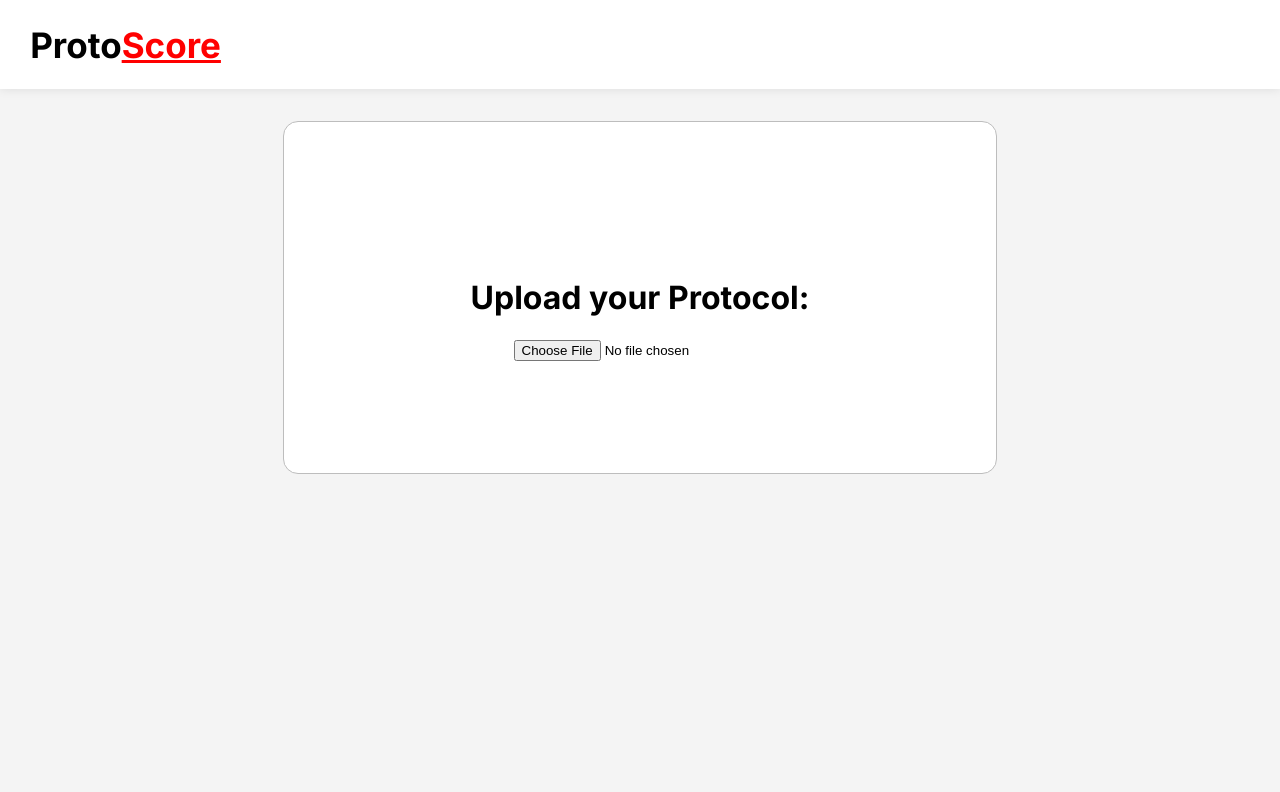
Repository: evanc108/Regeneron2024
Page: / (app in regeneron/)
These files come from the project's save history. The page is drawn as it stood at one moment and after the next save; the edit follows.
The browser window is 1280 px wide. The pictures show the whole page.
The project was rebuilt for these pictures with package versions that can differ from the ones it lists, and the page was loaded fresh each time.

Above is the page before, as saved 2024-05-14 02:13:05.

After the next save:
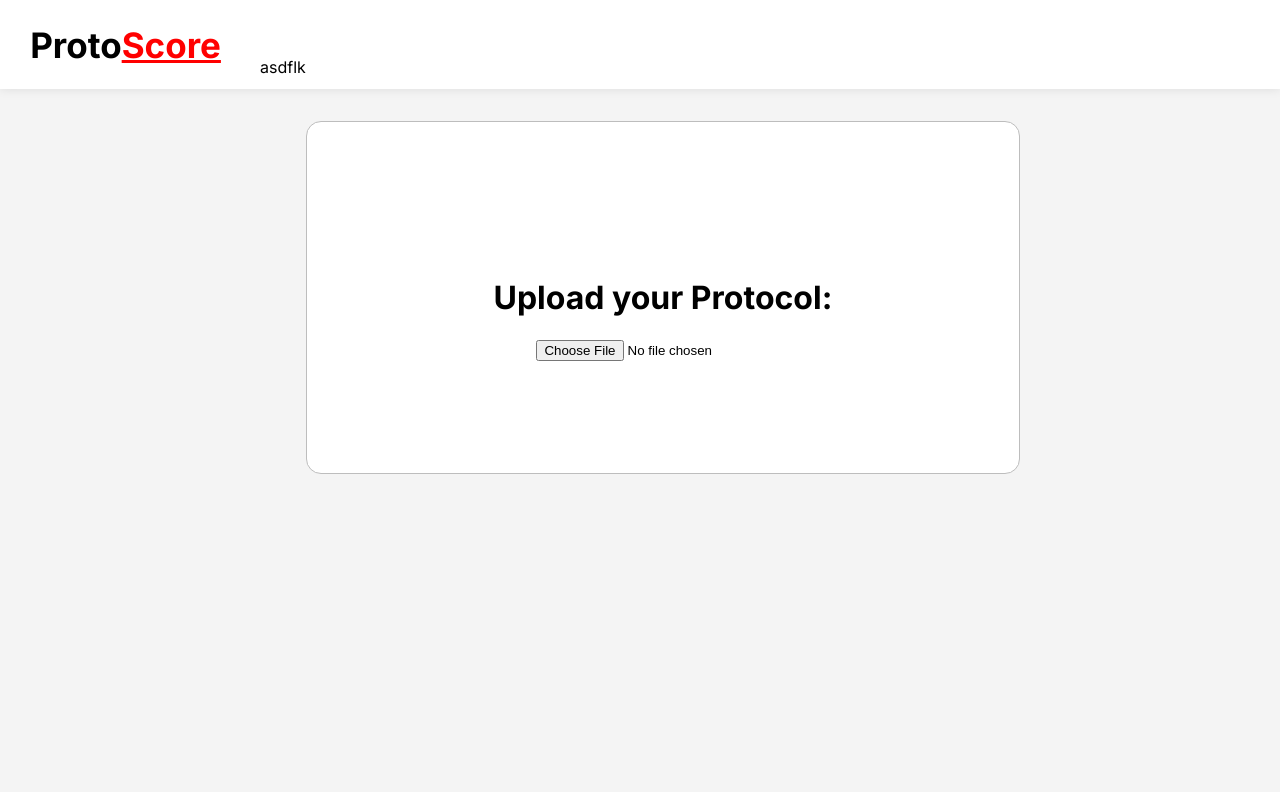
Saved 5 s later.
--- a/regeneron/src/pages/Feedback.js
+++ b/regeneron/src/pages/Feedback.js
@@ -37,6 +37,7 @@
 
     return (
         <div className="feedback-container">
+            asdflk
             <div className='upload-file'>
                 {!fileUploaded && !loading && (
                     <div>

After the save that followed:
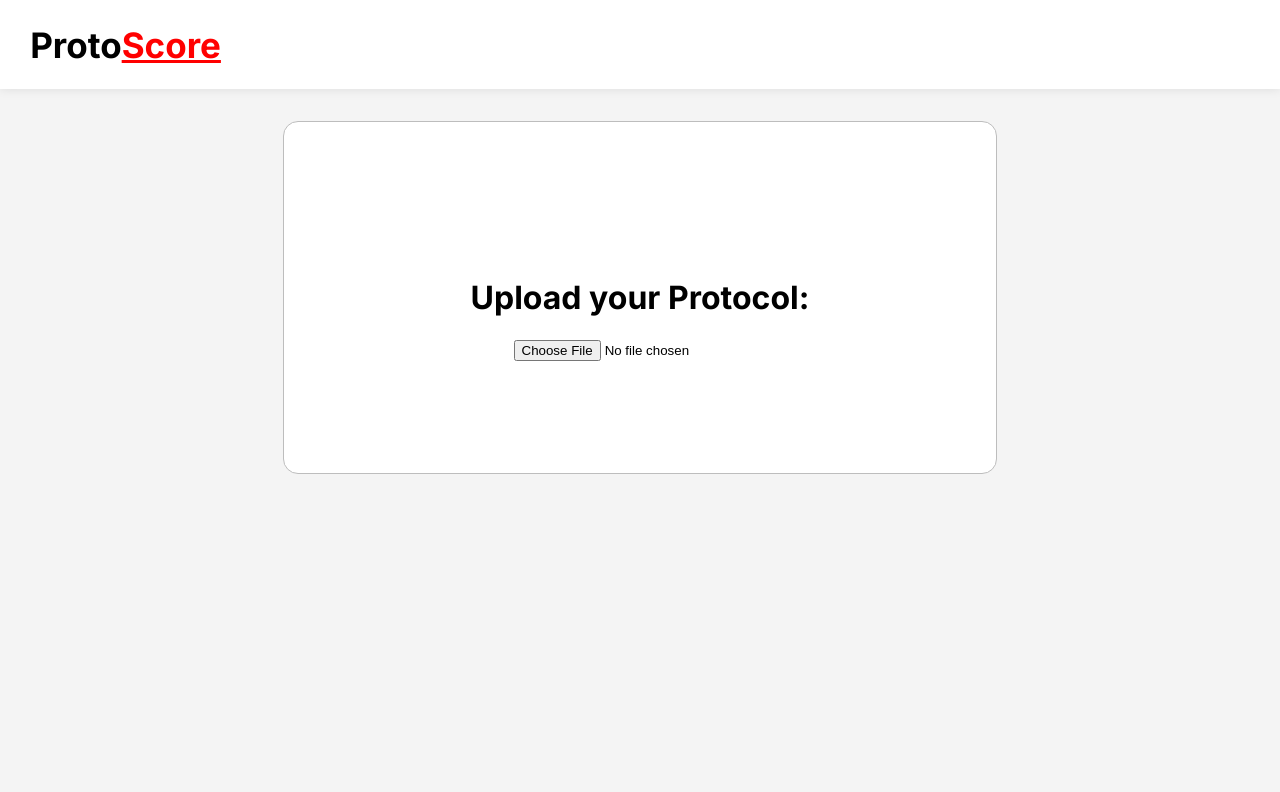
Saved 13 s later.
--- a/regeneron/src/pages/Feedback.js
+++ b/regeneron/src/pages/Feedback.js
@@ -37,7 +37,7 @@
 
     return (
         <div className="feedback-container">
-            asdflk
+            <div className="header"></div>
             <div className='upload-file'>
                 {!fileUploaded && !loading && (
                     <div>
